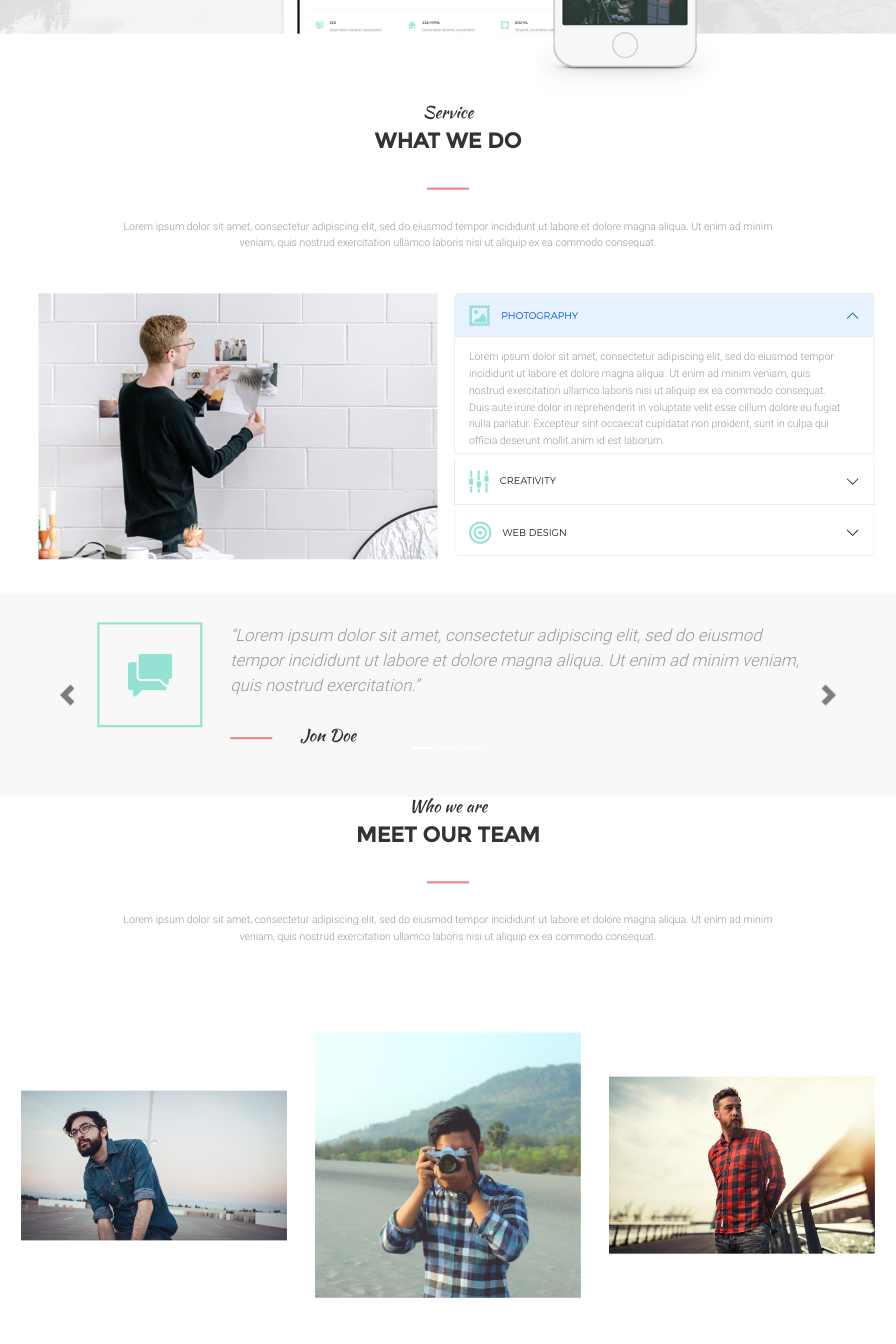
Repository: RaffiBarseghyan/mogo
Page: /
The author's editor kept a copy of each file at every save. The page is drawn from the files as they stood at one save, then again after a run of saves.
The browser window is 1280 px wide. The pictures show the part of the page from y = 3380 to 5300 px (the page is 5300 px tall), at 70% of full size.
The project was rebuilt for these pictures with package versions that can differ from the ones it lists, and the page was loaded fresh each time.

Above is the page before, as saved 2023-05-12 23:21:16.

### src/App.jsx
import "./App.css";
import "bootstrap/dist/css/bootstrap.min.css";
import "bootstrap/dist/js/bootstrap.bundle";
import Header from "./Pages/Header/header";
import AboutUs from "./Pages/AboutUs/aboutUs";
import WorkWith from "./Pages/WorkWith/workWith";
import AllDevice from "./Pages/AllDevice/allDevice";
import Service from "./Pages/ServicePage/service";
import WeAre from "./Pages/WeAre/weAre";

function App() {
  return (
    <div className="App">
      <Header />
      <AboutUs />
      <WorkWith />
      <AllDevice />
      <Service />
      <WeAre />
    </div>
  );
}

export default App;

### src/Pages/AboutUs/aboutUs.jsx
import style from "./aboutUs.module.scss";
import aboutUs1 from "../../Assets/Images/aboutUs1.png";
import aboutUs2 from "../../Assets/Images/aboutUs2.png";
import aboutUs3 from "../../Assets/Images/aboutUs3.png";
import user from "../../Assets/Images/USERS.png";

function AboutUs() {
  return (
    <>
      <div className={style.aboutUs}>
        <h3>What we do</h3>
        <h2>Story about us</h2>
        <div className={style.line}></div>
        <p>
          Lorem ipsum dolor sit amet, consectetur adipiscing elit, sed do
          eiusmod tempor incididunt ut labore et dolore magna aliqua. Ut enim ad
          minim <br />
          veniam, quis nostrud exercitation ullamco laboris nisi ut aliquip ex
          ea commodo consequat.
        </p>
        <div className="d-flex justify-content-center flex-wrap ">
          <div className={style.imgDiv}>
            <img src={user} alt="" className={style.user} />
            <p>SUPER TEAM</p>
            <img src={aboutUs1} alt="" className={style.aboutImg} />
          </div>
          <div className={style.imgDiv}>
            <img src={user} alt="" className={style.user} />
            <p>SUPER TEAM</p>
            <img src={aboutUs2} alt="" className={style.aboutImg} />
          </div>
          <div className={style.imgDiv}>
            <img src={user} alt="" className={style.user} />
            <p>SUPER TEAM</p>
            <img src={aboutUs3} alt="" className={style.aboutImg} />
          </div>
        </div>
      </div>

      <div
        className={`${style.aboutUsFooter} d-flex justify-content-center align-items-center flex-wrap`}
      >
        <div className={style.first_line}>
          <h2>42</h2>
          <p>Web Design Projects</p>
        </div>
        <div>
          <h2>123</h2>
          <p>happy client</p>
        </div>
        <div>
          <h2>15</h2>
          <p>award winner</p>
        </div>
        <div>
          <h2>99</h2>
          <p>cup of coffee</p>
        </div>
        <div>
          <h2>24</h2>
          <p>members</p>
        </div>
      </div>
    </>
  );
}

export default AboutUs;

### src/Pages/WorkWith/workWith.jsx
import style from "./workWith.module.scss";
import ALARM from "../../Assets/Images/ALARM.png";
import LINEGRAPH from "../../Assets/Images/LINEGRAPH.png";
import COMPUTER_OK from "../../Assets/Images/COMPUTER_OK.png";
import BOOK from "../../Assets/Images/BOOK.png";
import HOME from "../../Assets/Images/HOME.png";
import IMAGE from "../../Assets/Images/IMAGE.png";

function WorkWith() {
  return (
    <>
      <div className={style.workWith}>
        <h3>We work with</h3>
        <h2>Amazing Services</h2>
        <div className={style.line}></div>

        <div
          className={`${style.workWithFooter} d-flex flex-wrap justify-content-center container`}
        >
          <div className={`d-flex ${style.box1}`}>
            <div>
              <img src={ALARM} alt="" />
            </div>
            <div>
              <h2>Photography</h2>
              <p>
                Lorem ipsum dolor sit amet, consectetur <br />
                adipiscing elit, sed do eiusmod tempor.
              </p>
            </div>
          </div>
          <div className={`d-flex ${style.box2}`}>
            <div>
              <img src={LINEGRAPH} alt="" />
            </div>
            <div>
              <h2>Web Design</h2>
              <p>
                Ipsum dolor sit amet, consectetur <br />
                adipiscing elit, sed do eiusmod tempor.
              </p>
            </div>
          </div>
          <div className={`d-flex ${style.box3}`}>
            <div>
              <img src={COMPUTER_OK} alt="" />
            </div>
            <div>
              <h2>Creativity</h2>
              <p>
                Dolor sit amet, consectetur adipiscing elit, <br />
                sed do eiusmod tempor.
              </p>
            </div>
          </div>
          <div className={`d-flex ${style.box4}`}>
            <div>
              <img src={BOOK} alt="" />
            </div>
            <div>
              <h2>seo</h2>
              <p>
                Ipsum dolor sit amet, consectetur <br />
                adipiscing elit, sed do eiusmod.
              </p>
            </div>
          </div>
          <div className={`d-flex ${style.box5}`}>
            <div>
              <img src={HOME} alt="" />
            </div>
            <div>
              <h2>Css/Html</h2>
              <p>
                Lorem dolor sit amet, consectetur <br />
                adipiscing elit, sed do tempor.
              </p>
            </div>
          </div>
          <div className={`d-flex ${style.box6}`}>
            <div>
              <img src={IMAGE} alt="" />
            </div>
            <div>
              <h2>digital</h2>
              <p>
                Sit amet, consectetur adipiscing elit, sed do <br />
                eiusmod tempor.
              </p>
            </div>
          </div>
        </div>
      </div>
    </>
  );
}

export default WorkWith;

### src/Pages/AllDevice/allDevice.jsx
import style from "./allDevice.module.scss";
import ipad from "../../Assets/Images/ipad.png";
import iphone from "../../Assets/Images/iphone.png";

function AllDevice() {
  return (
    <>
      <div className={`${style.allDevice}`}>
        <div className={style.allDeviceBg}>
          <h3>For all devices</h3>
          <h2>Unique design</h2>
          <div className={style.line}></div>
          <img src={ipad} alt="" className={style.ipad}/>
          <img src={iphone} alt="" className={style.iphone} />
        </div>
      </div>
    </>
  );
}

export default AllDevice;

### src/Pages/WeAre/weAre.jsx
import style from "./weAre.module.scss";
import admin1 from "../../Assets/Images/admin1.png";
import admin2 from "../../Assets/Images/admin2.png";
import admin3 from "../../Assets/Images/admin3.png";

function WeAre() {
  return (
    <>
      <div className={`${style.WeAre}`}>
        <h3>Who we are</h3>
        <h2>Meet our team</h2>
        <div className={style.line}></div>
        <p>
          Lorem ipsum dolor sit amet, consectetur adipiscing elit, sed do
          eiusmod tempor incididunt ut labore et dolore magna aliqua. Ut enim ad
          minim <br />
          veniam, quis nostrud exercitation ullamco laboris nisi ut aliquip ex
          ea commodo consequat.
        </p>

        <div className="d-flex justify-content-center flex-wrap ">
          <div className={style.imgDiv}>
            {/* <img src={user} alt="" className={style.user} /> */}
            <p>SUPER TEAM</p>
            <img src={admin1} alt="" className={style.aboutImg} />
          </div>
          <div className={style.imgDiv}>
            {/* <img src={user} alt="" className={style.user} /> */}
            <p>SUPER TEAM</p>
            <img src={admin2} alt="" className={style.aboutImg} />
          </div>
          <div className={style.imgDiv}>
            {/* <img src={user} alt="" className={style.user} /> */}
            <p>SUPER TEAM</p>
            <img src={admin3} alt="" className={style.aboutImg} />
          </div>
        </div>
      </div>
    </>
  );
}

export default WeAre;

### src/Pages/WorkWith/workWith.module.scss
@font-face {
  font-family: Montserrat;
  src: url("../../Assets/Fonts/montserrat/Montserrat-Light.otf")
    format("truetype");
}

@font-face {
  font-family: Montserrat_mid;
  src: url("../../Assets/Fonts/montserrat/Montserrat-Regular.ttf")
    format("truetype");
}

@font-face {
  font-family: Montserrat_bold;
  src: url("../../Assets/Fonts/montserrat/Montserrat-ExtraBold.otf")
    format("truetype");
}

@font-face {
  font-family: kaushan;
  src: url("../../Assets/Fonts/kaushan-script/kaushan-script.kaushanscript-regular.otf")
    format("truetype");
}

.workWith {
  min-height: 750px;
  display: flex;
  flex-direction: column;
  align-items: center;
  justify-content: center;
  h3 {
    font-size: 24px;
    color: #333333;
    font-weight: 400;
    font-family: "kaushan";
    text-align: center;
  }
  h2 {
    font-size: 30px;
    text-transform: uppercase;
    color: #333333;
    font-weight: 700;
    font-family: "Montserrat_mid";
    text-align: center;
  }
  .line {
    width: 60px;
    height: 3px;
    background-color: #f38181;
    margin: 40px;
  }
}

.workWithFooter {
  > div {
    width: 400px;
    margin-top: 90px;
  }
  h2 {
    font-size: 14px;
    text-transform: uppercase;
    color: #333333;
    font-weight: 400;
    font-family: "Montserrat";
    text-align: start;
  }
  p {
    font-size: 15px;
    line-height: 24px;
    color: #999999;
    font-weight: 400;
    font-family: "Roboto";
    text-align: start;
  }
  img {
    margin-right: 30px;
  }
}

.box1,
.box2,
.box3 {
  border-bottom: 1px solid #e5e5e5;
}

@media only screen and (max-width: 1399.2px) {
  .box1,
  .box2,
  .box3,
  .box4 {
    border-bottom: 1px solid #e5e5e5;
  }
}

@media only screen and (max-width: 991.2px) {
  .box1,
  .box2,
  .box3,
  .box4,
  .box5 {
    border-bottom: 1px solid #e5e5e5;
  }
}

### src/Pages/AllDevice/allDevice.module.scss
@font-face {
  font-family: Montserrat;
  src: url("../../Assets/Fonts/montserrat/Montserrat-Light.otf")
    format("truetype");
}

@font-face {
  font-family: Montserrat_mid;
  src: url("../../Assets/Fonts/montserrat/Montserrat-Regular.ttf")
    format("truetype");
}

@font-face {
  font-family: Montserrat_bold;
  src: url("../../Assets/Fonts/montserrat/Montserrat-ExtraBold.otf")
    format("truetype");
}

@font-face {
  font-family: kaushan;
  src: url("../../Assets/Fonts/kaushan-script/kaushan-script.kaushanscript-regular.otf")
    format("truetype");
}

.allDevice {
  min-height: 900px;

  h3 {
    font-size: 24px;
    color: #333333;
    font-weight: 400;
    font-family: "kaushan";
    text-align: center;
  }
  h2 {
    font-size: 30px;
    text-transform: uppercase;
    color: #333333;
    font-weight: 700;
    font-family: "Montserrat_mid";
    text-align: center;
  }
  .line {
    width: 60px;
    height: 3px;
    background-color: #f38181;
    margin: 40px;
  }
  .allDeviceBg {
    width: 100%;
    min-height: 850px;
    background-image: url("../../Assets/Images/allDeviceBg.png");
    background-position: center;
    background-size: cover;
    background-repeat: no-repeat;

    display: flex;
    flex-direction: column;
    align-items: center;
    justify-content: center;
  }
}

.ipad {
  position: absolute;
  margin-top: 268px;
}

.iphone {
  position: relative;
  top: 194px;
  left: 257px;
}

@media only screen and (max-width: 992.2px) {
  .ipad {
    width: 378px;
    height: 480px;
    margin-top: 370px;
  }
  .iphone {
    width: 200px;
    height: 360px;
    top: 225px;
    left: 217px;
  }
}

@media only screen and (max-width: 650.2px) {
  .ipad {
    width: 290px;
    height: 380px;
    margin-top: 470px;
  }
  .iphone {
    width: 165px;
    height: 290px;
    top: 250px;
    left: 159px;
  }
}

### src/Pages/ServicePage/service.module.scss
@font-face {
  font-family: Montserrat;
  src: url("../../Assets/Fonts/montserrat/Montserrat-Light.otf")
    format("truetype");
}

@font-face {
  font-family: Montserrat_mid;
  src: url("../../Assets/Fonts/montserrat/Montserrat-Regular.ttf")
    format("truetype");
}

@font-face {
  font-family: Montserrat_bold;
  src: url("../../Assets/Fonts/montserrat/Montserrat-ExtraBold.otf")
    format("truetype");
}

@font-face {
  font-family: kaushan;
  src: url("../../Assets/Fonts/kaushan-script/kaushan-script.kaushanscript-regular.otf")
    format("truetype");
}
@font-face {
  font-family: Roboto;
  src: url("../../Assets/Fonts/robotofont/Roboto-Light.ttf") format("truetype");
}

.Service {
  min-height: 750px;
  display: flex;
  flex-direction: column;
  align-items: center;
  justify-content: center;
  h3 {
    font-size: 24px;
    color: #333333;
    font-weight: 400;
    font-family: "kaushan";
    text-align: center;
  }
  h2 {
    font-size: 30px;
    text-transform: uppercase;
    color: #333333;
    font-weight: 700;
    font-family: "Montserrat_mid";
    text-align: center;
  }
  p {
    font-size: 15px;
    line-height: 24px;
    color: #999999;
    font-weight: 400;
    font-family: "Roboto";
    text-align: center;
    margin-bottom: 60px;
  }
}
.line {
  width: 60px;
  height: 3px;
  background-color: #f38181;
  margin: 40px;
}
.acordeon {
  width: 600px;
  height: 380px;
  button {
    font-size: 14px;
    text-transform: uppercase;
    color: #333333;
    font-weight: 400;
    font-family: "Montserrat";
  }
  .acordeonBody {
    width: 590px;
    height: 165px;
    font-size: 15px;
    line-height: 24px;
    color: #999999;
    font-weight: 300;
    font-family: "Roboto";
    text-align: start;
    overflow: auto;
  }
  ::-webkit-scrollbar {
    width: 5px;
  }

  /* Track */
  ::-webkit-scrollbar-track {
    box-shadow: inset 0 0 5px #f5f5f5;
    border-radius: 10px;
  }

  /* Handle */
  ::-webkit-scrollbar-thumb {
    background-color: #95e1d3;
    border-radius: 10px;
  }

  /* Handle on hover */
  ::-webkit-scrollbar-thumb:hover {
    background-color: #7fc0b4;
  }
}

.serviceFooter {
  min-height: 290px;
  background-color: #f8f8f8;
  display: flex;
  align-items: center;
  justify-content: center;
  > div {
    width: 1300px;
  }
  p {
    font-size: 24px;
    line-height: 36px;
    color: #999999;
    font-weight: 300;
    font-style: italic;
    font-family: "Roboto";
    text-align: start;
    margin-left: 40px;
  }
  h2 {
    font-size: 24px;
    color: #333333;
    font-weight: 400;
    font-family: "kaushan";
  }
}

.prev {
  width: 30px;
  height: 30px;
  background-image: url("data:[embedded picture, 192 characters]");
}

.next {
  width: 30px;
  height: 30px;
  background-image: url("data:[embedded picture, 193 characters]");
}

@media only screen and (max-width: 650.2px) {
  .acordeon {
    width: 480px;
    margin-top: 20px;
  }
  .acordeonBody {
    max-width: 470px;
  }
  .Service > div > img {
    width: 459px;
    height: 300px;
  }
  .serviceFooter{
    img{
        display: none;
    }
  }
}

### src/Pages/WeAre/weAre.module.scss
@font-face {
  font-family: Montserrat;
  src: url("../../Assets/Fonts/montserrat/Montserrat-Light.otf")
    format("truetype");
}

@font-face {
  font-family: Montserrat_mid;
  src: url("../../Assets/Fonts/montserrat/Montserrat-Regular.ttf")
    format("truetype");
}

@font-face {
  font-family: Montserrat_bold;
  src: url("../../Assets/Fonts/montserrat/Montserrat-ExtraBold.otf")
    format("truetype");
}

@font-face {
  font-family: kaushan;
  src: url("../../Assets/Fonts/kaushan-script/kaushan-script.kaushanscript-regular.otf")
    format("truetype");
}
@font-face {
  font-family: Roboto;
  src: url("../../Assets/Fonts/robotofont/Roboto-Light.ttf") format("truetype");
}

.WeAre {
  min-height: 750px;
  display: flex;
  flex-direction: column;
  align-items: center;
  justify-content: center;
  h3 {
    font-size: 24px;
    color: #333333;
    font-weight: 400;
    font-family: "kaushan";
    text-align: center;
  }
  h2 {
    font-size: 30px;
    text-transform: uppercase;
    color: #333333;
    font-weight: 700;
    font-family: "Montserrat_mid";
    text-align: center;
  }
  p {
    font-size: 15px;
    line-height: 24px;
    color: #999999;
    font-weight: 400;
    font-family: "Roboto";
    text-align: center;
    margin-bottom: 60px;
  }
  img {
    width: 380px;
    height: 470px;
    aspect-ratio: 3/2;
    object-fit: contain;
  }
}
.line {
  width: 60px;
  height: 3px;
  background-color: #f38181;
  margin: 40px;
}

.imgDiv {
  width: 380px;
  height: 470px;
  margin: 20px;
  transition: 0.5s;
  display: flex;
  flex-direction: column;
  justify-content: center;
  align-items: center;
  p {
    font-size: 18px;
    text-transform: uppercase;
    color: #ffffff;
    font-weight: 700;
    font-family: "Montserrat";
    text-align: center;
    display: none;
    position: absolute;
    margin-top: 80px;
  }
  .user {
    width: 32px;
    height: 23px;
    display: none;
    position: absolute;
    margin-bottom: 30px;
  }
}
.imgDiv:hover {
  transition: 0.5s;
  box-shadow: 10px 10px 0px 0px rgba(149, 225, 211, 1);
  -webkit-box-shadow: 10px 10px 0px 0px rgba(149, 225, 211, 1);
  -moz-box-shadow: 10px 10px 0px 0px rgba(149, 225, 211, 1);
  cursor: pointer;
  p,
  .user {
    display: block;
  }
  background: rgb(226, 204, 123);
  background: linear-gradient(
    0deg,
    rgba(226, 204, 123, 1) 0%,
    rgba(219, 116, 116, 1) 53%
  );

  .aboutImg {
    opacity: 0.2;
  }
}

Loaded but not shown: public/index.html (common file); src/index.js (common file); src/index.css (common file); src/reportWebVitals.js (common file); src/App.css (common file); src/Pages/ServicePage/service.jsx (248 lines, source omitted); src/Pages/Header/header.module.scss (204 lines, source omitted); src/Pages/Header/header.jsx (96 lines, source omitted); src/Pages/AboutUs/aboutUs.module.scss (154 lines, source omitted)

After the next 2 saves:
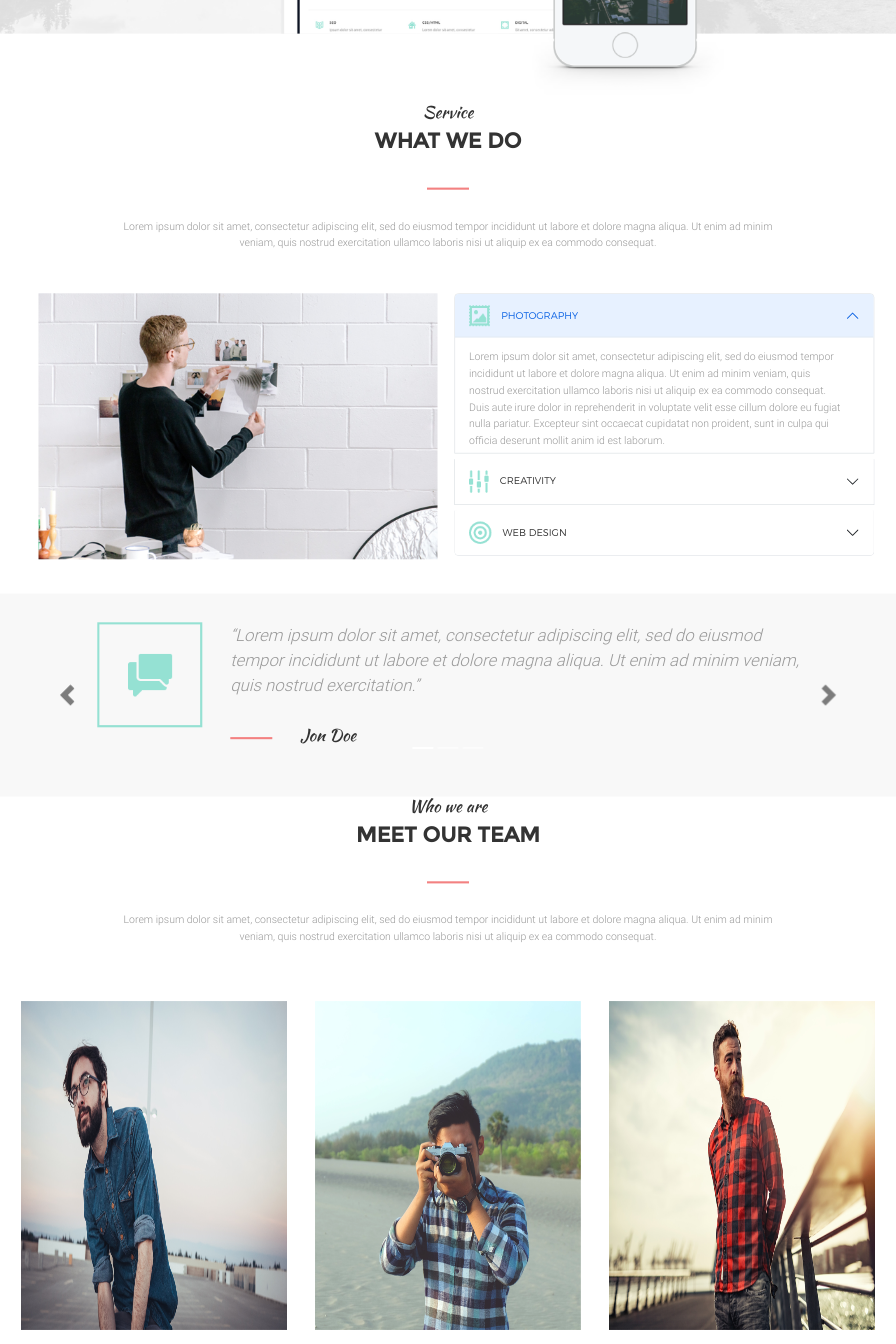
The 2 saves are shown as one change because they came seconds apart.
The last was saved 7 s later.
--- a/src/Pages/WeAre/weAre.module.scss
+++ b/src/Pages/WeAre/weAre.module.scss
@@ -60,7 +60,7 @@
     width: 380px;
     height: 470px;
     aspect-ratio: 3/2;
-    object-fit: contain;
+    object-fit: fill;
   }
 }
 .line {

After the 2 saves that followed:
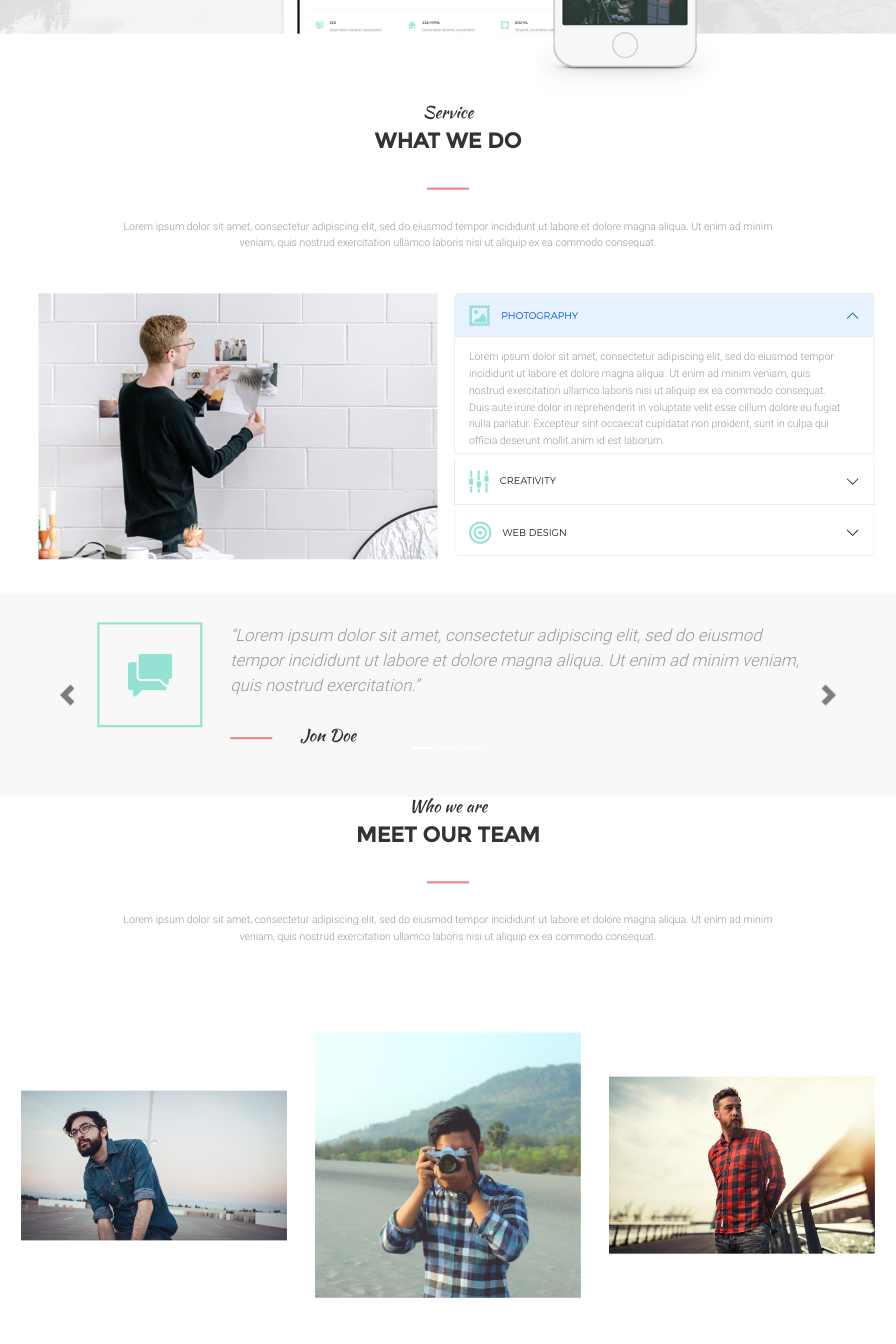
The 2 saves are shown as one change because 1 did not build or start.
The last was saved 11 s later.
--- a/src/Pages/WeAre/weAre.module.scss
+++ b/src/Pages/WeAre/weAre.module.scss
@@ -60,7 +60,7 @@
     width: 380px;
     height: 470px;
     aspect-ratio: 3/2;
-    object-fit: fill;
+    object-fit: scale-down;
   }
 }
 .line {
